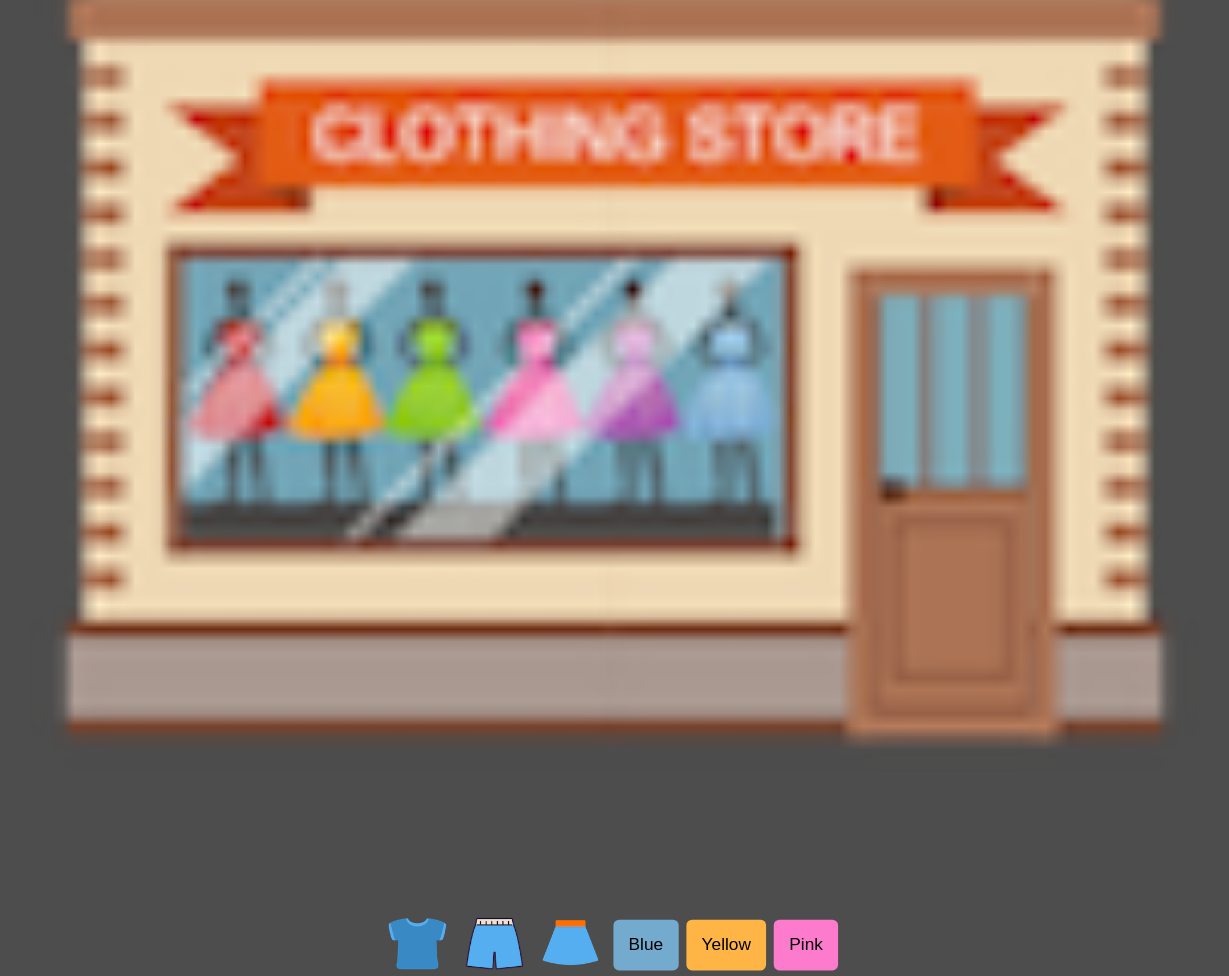
Repository: keehoonjung/Shoppingmall-Game
Page: index.html
The author's editor kept a copy of each file at every save. The page is drawn from the files as they stood at one save, then again after the next save.
The browser window is 1280 px wide. The pictures show the whole page, at 96% of full size.

Above is the page before, as saved 2021-08-12 19:47:44.
Console error: TypeError: Cannot read properties of null (reading 'addEventListener')

After the next save:
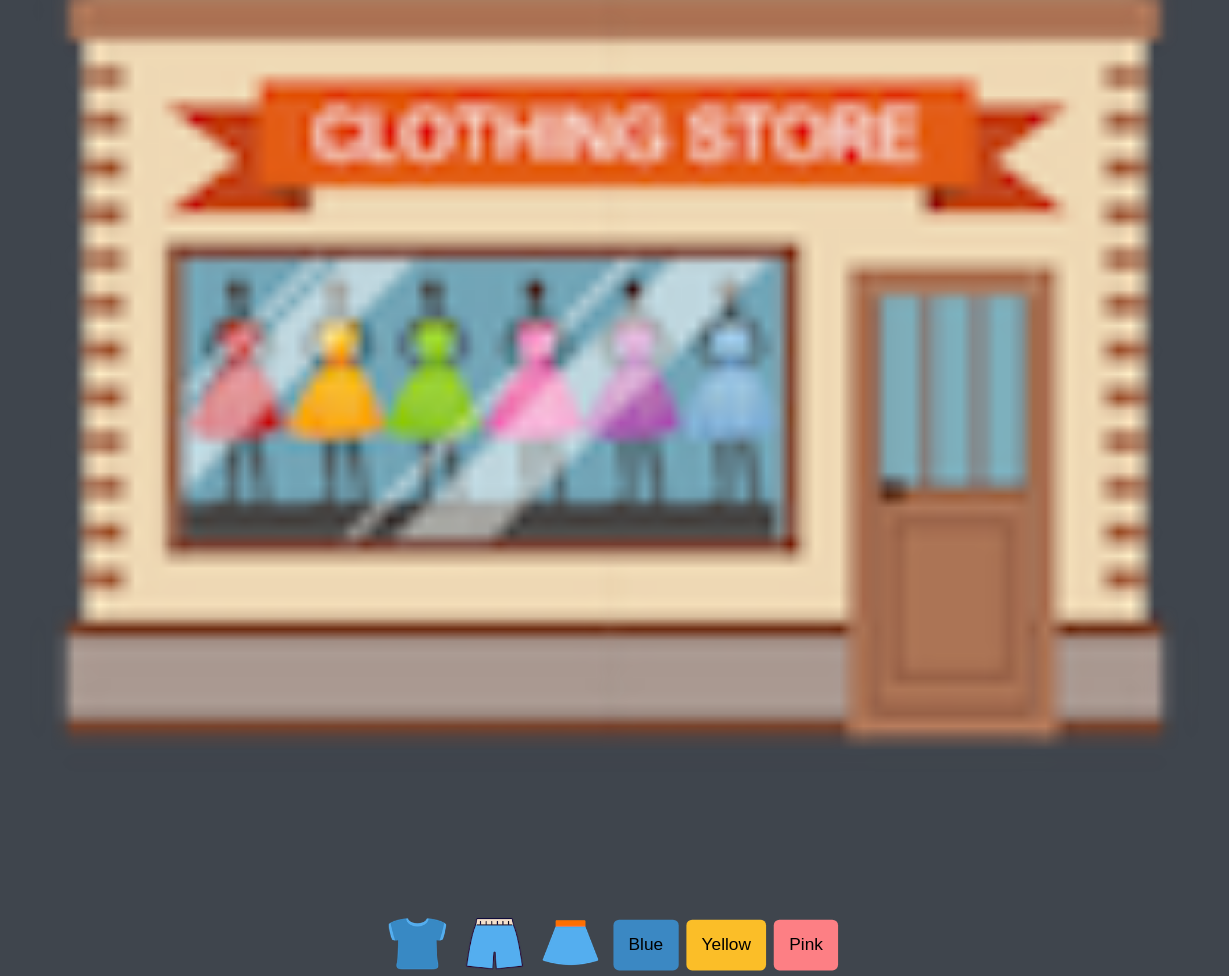
Saved 47 s later.
--- a/style.css
+++ b/style.css
@@ -1,10 +1,10 @@
 :root {
   /* color */
   --color-white: #ffffff;
-  --color-dark-grey: #4d4d4d;
-  --color-blue: #73aace;
-  --color-orange: #feb546;
-  --color-pink: #fd7bcc;
+  --color-dark-grey: #3f454d;
+  --color-blue: #3b88c3;
+  --color-orange: #fbbe28;
+  --color-pink: #fd7f84;
 
   /* size */
   --size-button: 60px;
